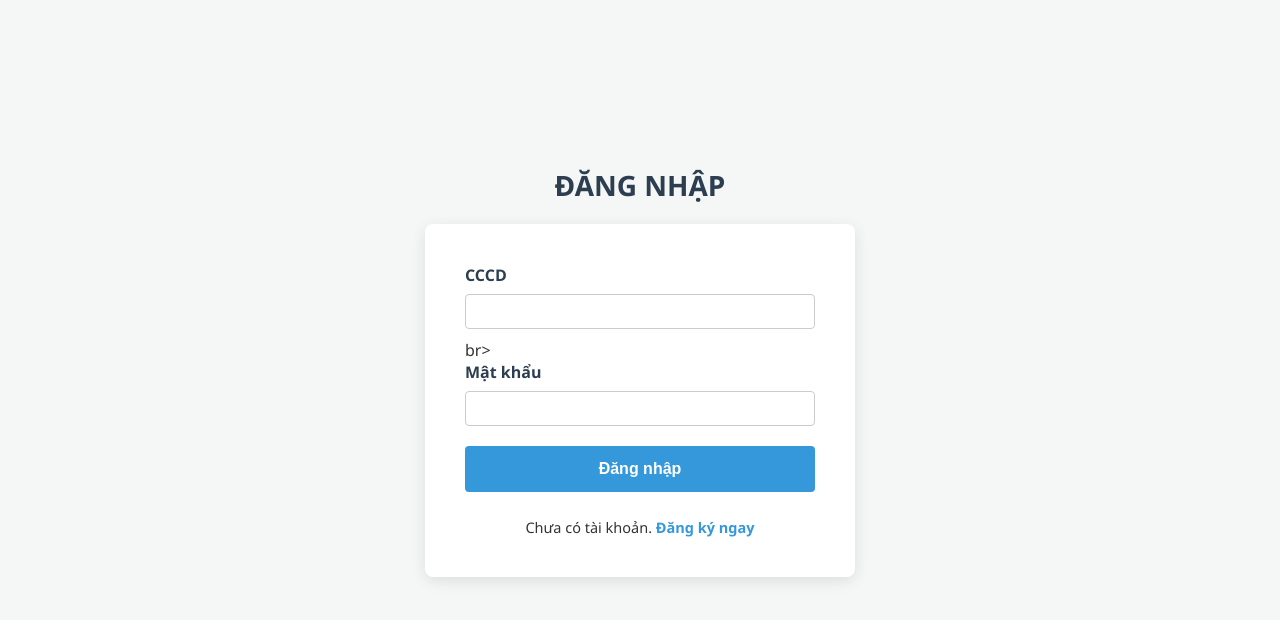
Repository: Chien02/SOAProjects
Page: http://localhost/QuanLyHangHoaWebClient/
These files come from the project's save history. The page is drawn as it stood at one moment and after the next save; the edit follows.
The browser window is 1280 px wide. The pictures show the whole page.
The page is served by Tomcat 9. Nobody is signed in. The application's start-up code is not run.

Above is the page before, as saved 2026-03-23 17:57:58.

After the next save:
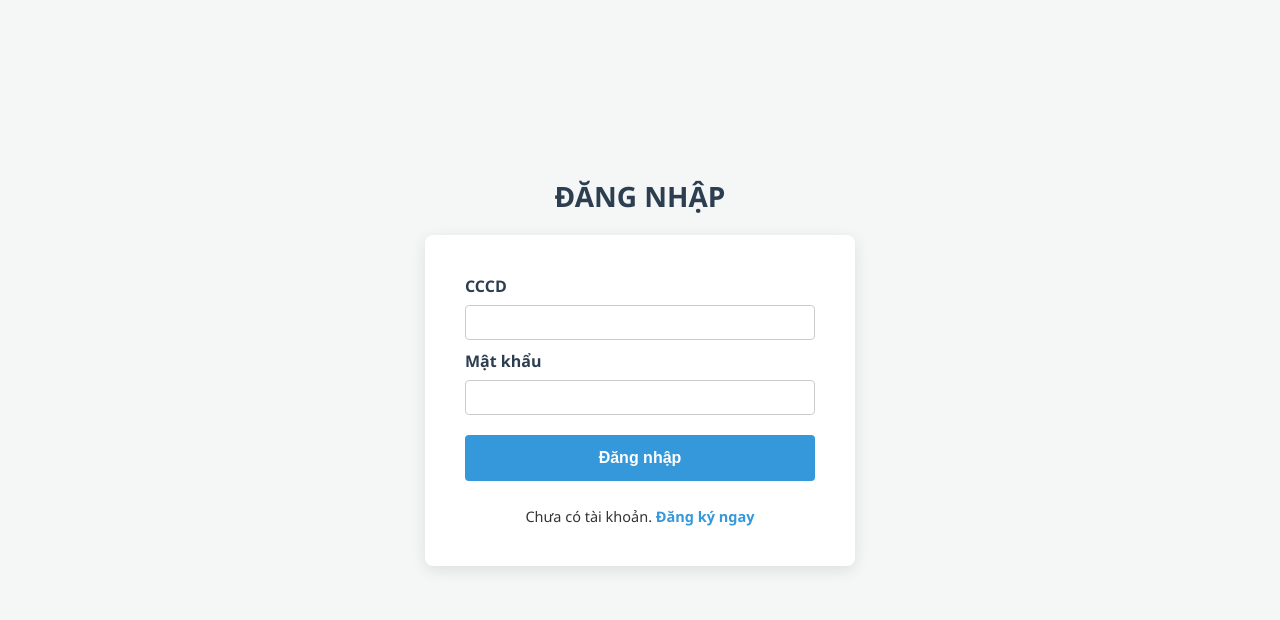
Saved 55 s later.
--- a/QuanLyHangHoaWebClient/WebContent/index.jsp
+++ b/QuanLyHangHoaWebClient/WebContent/index.jsp
@@ -12,7 +12,7 @@
 	<p style="color: red;">${errorMsg}</p>
 	<form action="customer" method="POST">
 		<label for="cccd">CCCD</label>
-		<input type="text" name="cccd">br>
+		<input type="text" name="cccd">
 
 		<label for="password">Mật khẩu</label>
 		<input type="password" name="password">
